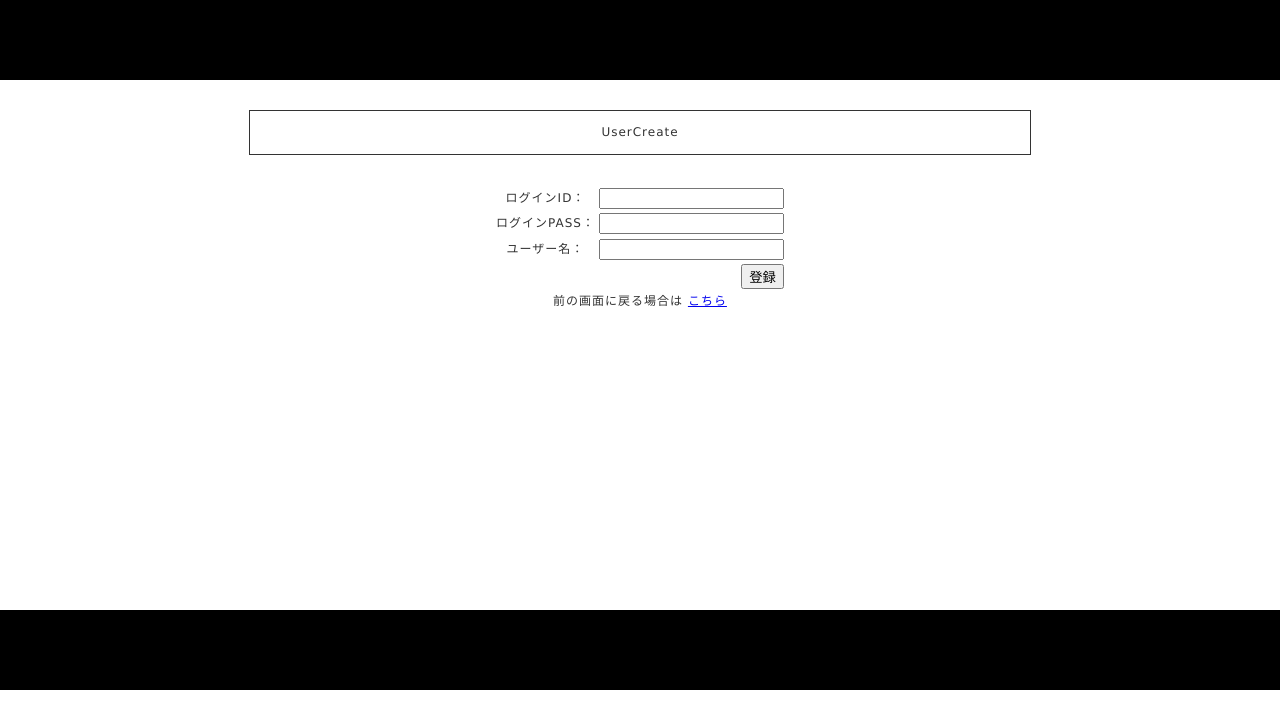
Repository: omochi2213/test
Page: http://localhost/ecsite/userCreateConfirm.jsp
An editor plug-in stored every save of this project. The page is shown before and after the next save, followed by the edit.
The browser window is 1280 px wide. The pictures show the whole page.
The page is served by Tomcat 9. Other server files are loaded and not shown.

Above is the page before, as saved 2018-09-21 07:21:20.

### ecsite/WebContent/userCreateConfirm.jsp
<%@ page language="java" contentType="text/html; charset=UTF-8"
    pageEncoding="UTF-8" %>
<%@ taglib prefix="s" uri="/struts-tags" %>
<!DOCTYPE html>
<html>
<head>
<meta http-equiv="Content-Type" content="text/html; charset=UTF-8"/>
<meta http-equiv="Content-Style-Type" content="text/css"/>
<meta http-equiv="Content-Script-Type" content="text/javascript"/>
<meta http-equiv="imagetoolbar" content="no"/>
<meta name="description" content=""/>
<meta name="keywords" content=""/>
<title>UserCreate画面</title>
<style type="text/css">
	body{
	margin:0;
	padding:0;
	line-height:1.6;
	letter-spacing:1px;
	font-family:Verdana,Helvetica,sans-serif;
	font-size:12px;
	color:#333;
	background:#fff;
	}
	table{
	text-align:center;
	margin:0 auto;
	}
	#top{
	width:780px;
	margin:30px auto;
	border:1px solid #333;
	}
	#header{
	width:100%;
	height:80px;
	background-color:black;
	}
	#main{
	width:100%;
	height:500px;
	text-align:center;
	}
	#footer{
	width:100%;
	height:80px;
	background-color:black;
	clear:both;
	}
</style>
</head>
<body>
	<div id="header">
		<div id="pr"></div>
	</div>
	<div id="main">
		<div id="top">
			<p>UserCreate</p>
		</div>
		<div>
			<s:if test='errorMassage !=""'>
				<s:property value="errorMassage" escape="false"/>
			</s:if>
			<table>
				<s:form action="UserCreateConfirmAction">
					<tr>
						<td><label>ログインID：</label></td>
						<td><input type="text" name="loginUserId" value=""/></td>
					</tr>
					<tr>
						<td><label>ログインPASS：</label></td>
						<td><input type="text" name="loginPassword" value=""/></td>
					</tr>
					<tr>
						<td><label>ユーザー名：</label></td>
						<td><input type="text" name="userName" value=""/></td>
					</tr>
					<s:submit value="登録"/>
				</s:form>
			</table>
			<div>
				<span>前の画面に戻る場合は</span>
				<a href='<s:url action="HomeAction"/>'>こちら</a>
			</div>
		</div>
	</div>
	<div id="footer">
	<div id="pr"></div>
	</div>

</body>
</html>

After the next save:
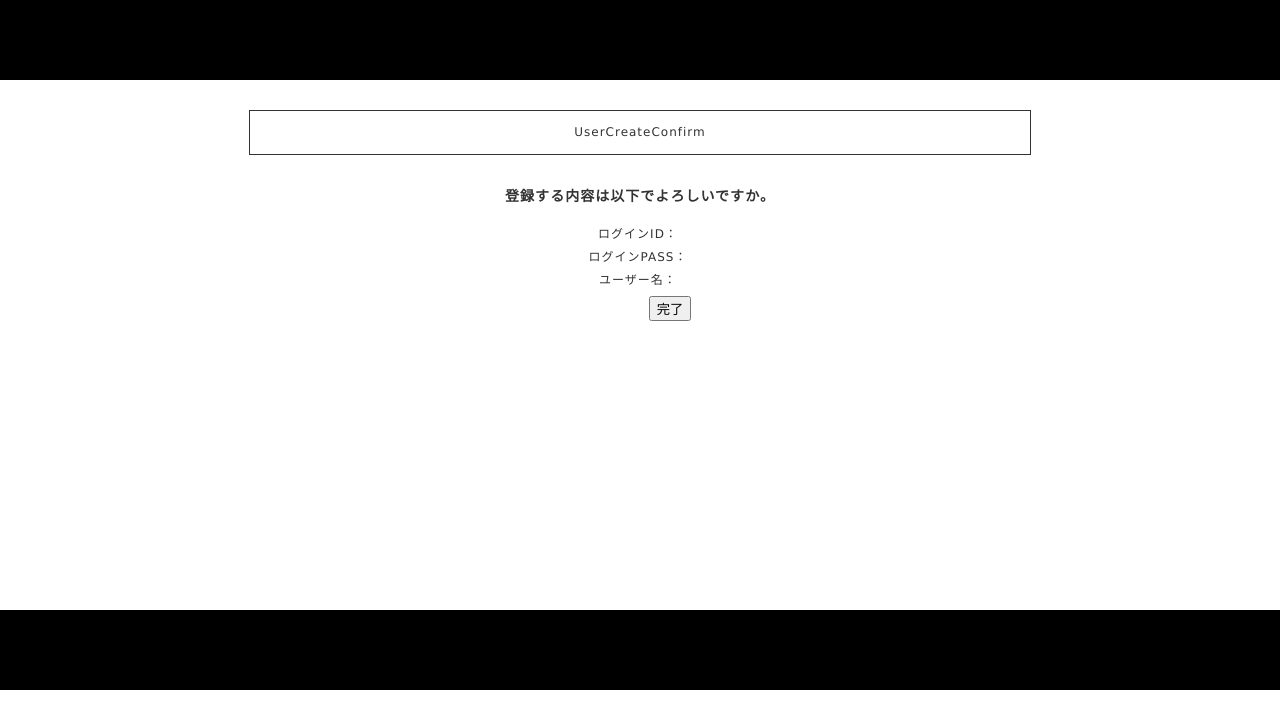
Saved 6 min 6 s later.
--- a/ecsite/WebContent/userCreateConfirm.jsp
+++ b/ecsite/WebContent/userCreateConfirm.jsp
@@ -55,33 +55,29 @@
 	</div>
 	<div id="main">
 		<div id="top">
-			<p>UserCreate</p>
+			<p>UserCreateConfirm</p>
 		</div>
 		<div>
-			<s:if test='errorMassage !=""'>
-				<s:property value="errorMassage" escape="false"/>
-			</s:if>
+			<h3>登録する内容は以下でよろしいですか。</h3>
 			<table>
-				<s:form action="UserCreateConfirmAction">
-					<tr>
+				<s:form action="UserCreateCompleteAction">
+					<tr id="box">
 						<td><label>ログインID：</label></td>
-						<td><input type="text" name="loginUserId" value=""/></td>
+						<td><s:property value="loginUserId" escape="false"/></td>
+					</tr>
+					<tr id="box">
+						<td><label>ログインPASS：</label></td>
+						<td><s:property value="loginPassword" escape="false"/></td>
+					</tr>
+					<tr id="box">
+						<td><label>ユーザー名：</label></td>
+						<td><s:property value="userName" escape="false"/></td>
 					</tr>
 					<tr>
-						<td><label>ログインPASS：</label></td>
-						<td><input type="text" name="loginPassword" value=""/></td>
+						<s:submit value="完了"/>
 					</tr>
-					<tr>
-						<td><label>ユーザー名：</label></td>
-						<td><input type="text" name="userName" value=""/></td>
-					</tr>
-					<s:submit value="登録"/>
 				</s:form>
 			</table>
-			<div>
-				<span>前の画面に戻る場合は</span>
-				<a href='<s:url action="HomeAction"/>'>こちら</a>
-			</div>
 		</div>
 	</div>
 	<div id="footer">
